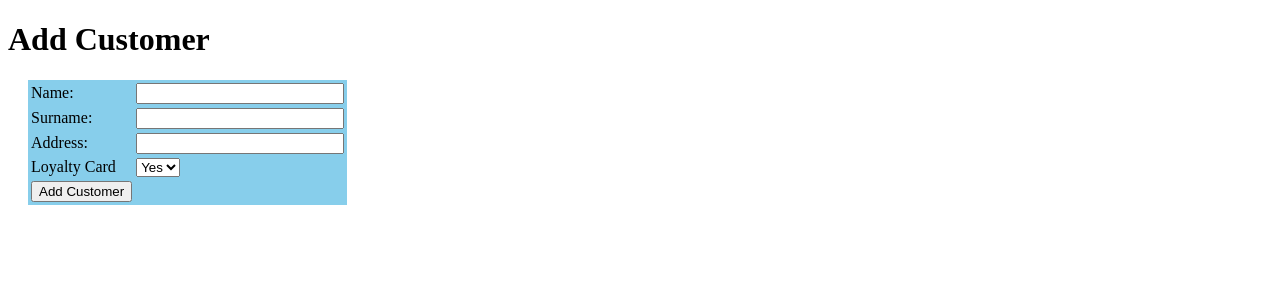
Repository: ieuqirne/Software_Architecture
Page: DE_Store/WebContent/addCustomer.html
An editor plug-in stored every save of this project. The page is shown before and after the next save, followed by the edit.
The browser window is 1280 px wide. The pictures show the whole page.

Above is the page before, as saved 2019-11-24 18:44:31.

### DE_Store/WebContent/addCustomer.html
 <!DOCTYPE html>
<html>
<head>
<meta charset="ISO-8859-1">
<title>Add Customer</title>
</head>
<body>
	<h1>Add Customer</h1>
	<form action=ManagerAddCustomer.jsp method="post">
		<table style="background-color: skyblue; margin-left: 20px; margin-left: 20px;">
			<tr><td>Name:</td><td><input type="text" name="name" style="width: 200px"></td></tr>
			<tr><td>Surname:</td><td><input type="text" name="surname" style="width: 200px"></td></tr>
			<tr><td>Address:</td><td><input type="text" name="address" style="width: 200px"></td></tr>
			<tr><td>Loyalty Card</td><td>
										<select name ="loyalty">
											<option value="Yes">Yes</option>
											<option value="No">No</option>
										</select>
								</td></tr>
			<tr><td><input type="submit" value="Add Customer"></td></tr>
		</table>
	</form>
	<!--  Complete Interface addCustomer. -->
</body>
</html>

After the next save:
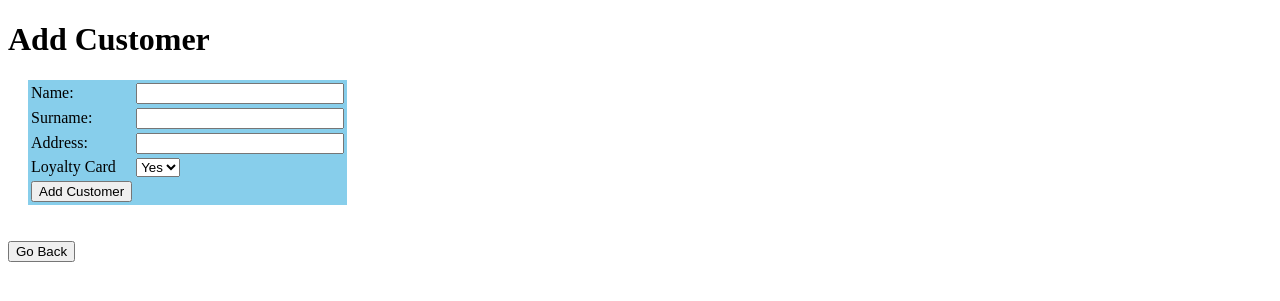
Saved 48 s later.
--- a/DE_Store/WebContent/addCustomer.html
+++ b/DE_Store/WebContent/addCustomer.html
@@ -1,25 +1,48 @@
- <!DOCTYPE html>
+
+<!DOCTYPE html>
 <html>
 <head>
+<script>
+	function goBack() {
+		window.history.back()
+	}
+</script>
 <meta charset="ISO-8859-1">
 <title>Add Customer</title>
 </head>
 <body>
 	<h1>Add Customer</h1>
 	<form action=ManagerAddCustomer.jsp method="post">
-		<table style="background-color: skyblue; margin-left: 20px; margin-left: 20px;">
-			<tr><td>Name:</td><td><input type="text" name="name" style="width: 200px"></td></tr>
-			<tr><td>Surname:</td><td><input type="text" name="surname" style="width: 200px"></td></tr>
-			<tr><td>Address:</td><td><input type="text" name="address" style="width: 200px"></td></tr>
-			<tr><td>Loyalty Card</td><td>
-										<select name ="loyalty">
-											<option value="Yes">Yes</option>
-											<option value="No">No</option>
-										</select>
-								</td></tr>
-			<tr><td><input type="submit" value="Add Customer"></td></tr>
+		<table
+			style="background-color: skyblue; margin-left: 20px; margin-left: 20px;">
+			<tr>
+				<td>Name:</td>
+				<td><input type="text" name="name" style="width: 200px"></td>
+			</tr>
+			<tr>
+				<td>Surname:</td>
+				<td><input type="text" name="surname" style="width: 200px"></td>
+			</tr>
+			<tr>
+				<td>Address:</td>
+				<td><input type="text" name="address" style="width: 200px"></td>
+			</tr>
+			<tr>
+				<td>Loyalty Card</td>
+				<td><select name="loyalty">
+						<option value="Yes">Yes</option>
+						<option value="No">No</option>
+				</select></td>
+			</tr>
+			<tr>
+				<td><input type="submit" value="Add Customer"></td>
+			</tr>
 		</table>
 	</form>
+	<div class="buttons-container">
+		<br> <br>
+		<button onclick="goBack()">Go Back</button>
+	</div>
 	<!--  Complete Interface addCustomer. -->
 </body>
 </html>
